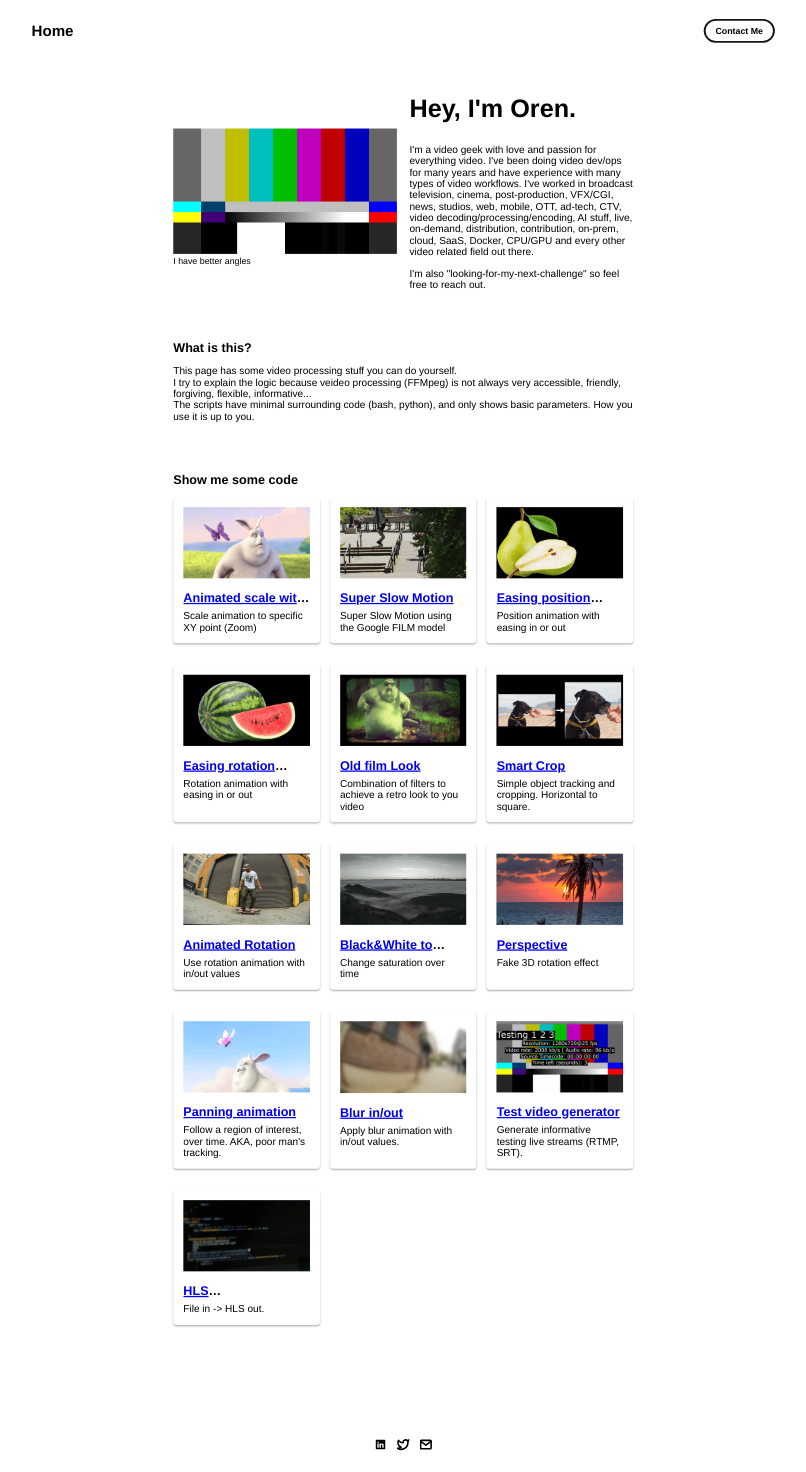
Repository: OrenShalmy/orenshalmy.github.io
Page: index.html
An editor plug-in stored every save of this project. The page is shown before and after the next save, followed by the edit.
The browser window is 1280 px wide. The pictures show the whole page, at 63% of full size.

Above is the page before, as saved 2024-09-16 16:18:48.

### index.html
<!DOCTYPE html>
<html lang="en">
	<head>
		<meta charset="utf-8">
    <link rel="icon" href="assets/media/SMPTE-s.png" />
		<title>Oren Shalmy</title>
    <meta name="description" content="Usefull FFmpeg code">
    <meta name="viewport" content="width=device-width, initial-scale=1" />

    <link rel="stylesheet" href="./css/layout.css">
    <link rel="stylesheet" href="./css/typography.css">
    <link rel="stylesheet" href="./css/utilities.css">

		<script defer src="./js/script.js"></script>
	</head>
	<body>
    <!-- NAVBAR -->
    <div class="navbar">
      <a class="nav-title-link" href="./index.html">
        <span class="nav-title">Home</span>
        <a class="button" href="mailto:orenshalmy@gmail.com">
          <span class="button-text">Contact Me</span>
        </a>
      </a>
    </div>

    <!-- MAIN PAGE CONTENT -->
    <div id="main-content">

      <!-- PORTFOLIO HEADER -->
      <div id="portfolio-header">
        <div id="portfolio-header-image-container">
          <img src="assets/media/SMPTE.png" class="portfolio-header-image">
          <a class="no-underline" target="_blank">
            <span class="image-caption">I have better angles</span>
          </a>
        </div>

        <div id="portfolio-header-text-container">
            <div class="header-text">
              <span class="main-title">Hey, I'm Oren.</span>
            </div>
          <div class="body-text">I'm a video geek with love and passion for everything video. I've been doing video dev/ops for many years and have experience with many types of video workflows.
            I've worked in broadcast television, cinema, post-production, VFX/CGI, news, studios, web, mobile, OTT, ad-tech, CTV, video decoding/processing/encoding, AI stuff, live, on-demand, distribution, contribution, on-prem, cloud, SaaS, Docker, CPU/GPU and every other video related field out there.
            <p>I'm also "looking-for-my-next-challenge" so feel free to reach out.
          </div>
        </div>
      </div>

      <!-- ABOUT SECTION -->
      <div id="about-section">
        <span class="subheader-text">What is this?</span>
        <div class="about-section-content">
          <div class="body-text">This page has some video processing stuff you can do yourself.<br>
            I try to explain the logic because veideo processing (FFMpeg) is not always very accessible, friendly, forgiving, flexible, informative...<br>
            The scripts have minimal surrounding code (bash, python), and only shows basic parameters. How you use it is up to you.<p>
          </div>
        </div>
      </div>

      <!-- MY WORK SECTION -->
      <div id="my-work-section">
        <span class="subheader-text">Show me some code</span>

        <div class="projects-container">

          <div class="project-card">
            <img src="assets/media/anim-scale.gif">
            <div class="project-card-text-container">
              <div class="subheader-text project-title"><a href="project-pages/animscale.html">Animated scale with zooming</a></div>
              <div class="body-text project-card-text">Scale animation to specific XY point (Zoom)</div>
            </div>
          </div>

          <div class="project-card">
            <img src="assets/media/ssm.gif">
          <div class="project-card-text-container">
            <div class="subheader-text project-title"><a href="project-pages/superslowmo.html">Super Slow Motion</a></div>
            <div class="body-text project-card-text">Super Slow Motion using the Google FILM model</div>
          </div>
        </div>

        <div class="project-card">
          <img src="assets/media/ease_pos.gif">
        <div class="project-card-text-container">
          <div class="subheader-text project-title"><a href="project-pages/ease_position.html">Easing position animation</a></div>
          <div class="body-text project-card-text">Position animation with easing in or out</div>
        </div>
      </div>

        <div class="project-card">
          <img src="assets/media/ease_rot.gif">
        <div class="project-card-text-container">
          <div class="subheader-text project-title"><a href="project-pages/ease_rotation.html">Easing rotation animation</a></div>
          <div class="body-text project-card-text">Rotation animation with easing in or out</div>
        </div>
      </div>

          <div class="project-card">
              <img src="assets/media/retro.gif">
            <div class="project-card-text-container">
              <div class="subheader-text project-title"><a href="project-pages/retro.html">Old film Look</a></div>
              <div class="body-text project-card-text">Combination of filters to achieve a retro look to you video</div>
            </div>
          </div>

          <div class="project-card">
            <img src="assets/media/smartcrop.gif">
            <div class="project-card-text-container">
                <div class="subheader-text project-title"><a href="project-pages/smartcrop.html">Smart Crop</a></div>
                <div class="body-text project-card-text">Simple object tracking and cropping. Horizontal to square.</div>
            </div>
        </div>

          <div class="project-card">
              <img src="assets/media/rotation.gif">
              <div class="project-card-text-container">
              <div class="subheader-text project-title"><a href="project-pages/animatedrotate.html">Animated Rotation</a></div>
              <div class="body-text project-card-text">Use rotation animation with in/out values</div>
            </div>
          </div>

          <div class="project-card">
              <img src="assets/media/eq.gif">
              <div class="project-card-text-container">
              <div class="subheader-text project-title"><a href="project-pages/saturation.html">Black&White to color</a></div>
              <div class="body-text project-card-text">Change saturation over time</div>
            </div>
          </div>

          <div class="project-card">
              <img src="assets/media/skew.gif">
              <div class="project-card-text-container">
                  <div class="subheader-text project-title"><a href="project-pages/skew.html">Perspective</a></div>
                  <div class="body-text project-card-text">Fake 3D rotation effect</div>
              </div>
            </div>

          <div class="project-card">
              <img src="assets/media/track.gif">
              <div class="project-card-text-container">
              <div class="subheader-text project-title"><a href="project-pages/pan.html">Panning animation</a></div>
              <div class="body-text project-card-text">Follow a region of interest, over time. AKA, poor man's tracking. </div>
            </div>
          </div>

          <div class="project-card">
              <img src="assets/media/blur.gif">
              <div class="project-card-text-container">
              <div class="subheader-text project-title"><a href="project-pages/blur.html">Blur in/out</a></div>
              <div class="body-text project-card-text">Apply blur animation with in/out values. </div>
            </div>
          </div>

          <div class="project-card">
              <img src="assets/media/testpattern.gif">
              <div class="project-card-text-container">
              <div class="subheader-text project-title"><a href="project-pages/testpattern.html">Test video generator</a></div>
              <div class="body-text project-card-text">Generate informative testing live streams (RTMP, SRT).</div>
            </div>
          </div>

          <div class="project-card">
              <img src="assets/media/hls.gif">
              <div class="project-card-text-container">
                  <div class="subheader-text project-title"><a href="project-pages/hls.html">HLS transcoder/packager</a></div>
                  <div class="body-text project-card-text">File in -> HLS out.</div>
              </div>
          </div>

          <!-- <div class="project-card">
              <img src="assets/media/zoomscene.gif">
              <div class="project-card-text-container">
                  <div class="subheader-text project-title"><a href="project-pages/zoomscene.html">Zoom scene</a></div>
                  <div class="body-text project-card-text">play - zoom-in - pause - zoom-out - play.</div>
              </div>
          </div> -->


        </div>
      </div>
    </div>

    <!-- FOOTER -->
    <div id="footer">
      <a class="icon-link" target="_blank" href="https://www.linkedin.com/in/orenshalmy/">
        <image src="../assets/icons/LinkedIn.svg" class="footer-icon"/>
      </a>
      <a class="icon-link" target="_blank" href="https://twitter.com/orenshalmy">
        <image src="../assets/icons/twitter.svg" class="footer-icon"/>
      </a>
      <a class="icon-link" href="mailto:orenshalmy@gmail.com">
        <image src="../assets/icons/mail.svg" class="footer-icon"/>
      </a>
    </div>
	</body>
</html>

### css/layout.css
* {
  box-sizing: border-box;
}

html {
  text-size-adjust: none;
  -webkit-text-size-adjust: none;
  -moz-text-size-adjust: none;
  -ms-text-size-adjust: none;
}

body {
  margin: 0;
  -webkit-font-smoothing: antialiased;
  -moz-osx-font-smoothing: grayscale;
}


/* Main Page Layout */

#main-content {
  margin: 100px 425px;
  display: flex;
  flex-direction: column;
  gap: 64px;
}

/* Portfolio Header */

#portfolio-header {
  display: flex;
  gap: 20px;
  align-items: center;
}

#portfolio-header-image-container {
  display: flex;
  flex-direction: column;
  gap: 2px;
  flex-basis: 50%;
}

.portfolio-header-image {
  width: 100%;
  height: auto;
}

#portfolio-header-text-container {
  display: flex;
  flex-direction: column;
  gap: 34px;
  flex-basis: 50%;
}


/* About Section */

#about-section {
  display: flex;
  flex-direction: column;
  gap: 16px;
}

.about-section-content {
  display: flex;
  flex-direction: column;
  gap: 34px;
}


/* Project Section */

#my-work-section {
  display: flex;
  flex-direction: column;
  gap: 16px;
}

.projects-container {
  display: flex;
  gap: 34px 16px;
  flex-wrap: wrap;
}

    /* Project Cards */

    /* .project-card {
      max-width: calc((100% - 32px) / 3);
      display: flex;
      flex-direction: column;
      gap: 20px;
    } */

    .project-card {
      max-width: calc((100% - 32px) / 3);
      display: flex;
      flex-direction: column;
      gap: 20px;
      border-radius: 5px; /* Add rounded corners */
      box-shadow: 0px 2px 3px rgba(0, 0, 0, 0.3); /* Add drop shadow */
      overflow: hidden; /* Clip content to fit within the rounded corners */
      padding: 16px; /* Add padding to create space around the text */
      /* cursor: pointer; */
    }

    .project-card-text-container {
      display: flex;
      flex-direction: column;
      gap: 8px; /* Adjust the gap value to control spacing between text elements */
    }

    .project-image {
      width: 100%;
      height: 200px;
      object-fit: cover;
      object-position: center;
    }




/* Project Pages */

#project-header {
  display: flex;
  flex-direction: column;
  gap: 16px;
}

.project-header-image {
  width: 100%;
  height: auto;
}

#project-details {
  display: flex;
  flex-direction: column;
  /*gap: 10px;*/
}

.project-details-content {
  display: flex;
  flex-direction: column;
  /*gap: 34px;*/
}

    /* Project Gallery */

    #project-gallery {
      display: flex;
      flex-direction: column;
      gap: 16px;
    }

    .project-gallery-content {
      display: flex;
      flex-wrap: wrap;
      gap: 34px 16px;
    }

    .gallery-image-container {
      width: 100%;
      display: flex;
      flex-direction: column;
      gap: 10px;
    }

    .gallery-image-container.half-width {
      width: calc((100% - 16px) / 2);
    }

    .gallery-image {
      width: 100%;
      height: auto;
    }


/* Extra Extra large devices (large laptops and desktops, 1200px and below) */
@media only screen and (max-width: 1600px) {
  #main-content {
    margin: 150px 275px;
  }
}

/* Extra large devices (large laptops and desktops, 1200px and below) */
@media only screen and (max-width: 1200px) {
  #main-content {
    margin: 150px 175px;
  }
}

/* Large devices (laptops/desktops, 1000px and below) */
@media only screen and (max-width: 1000px) {
  #main-content {
    margin: 150px 75px;
  }
}

/* Small devices (portrait tablets and large phones, 800px and below) */
@media only screen and (max-width: 800px) {
  #main-content {
    margin: 150px 50px;
  }

  #portfolio-header {
    flex-direction: column;
  }

  .project-card {
    max-width: calc((100% - 16px) / 2);
  }
}

/* Small devices (portrait tablets and large phones, 600px and below) */
@media only screen and (max-width: 600px) {
  #main-content {
    margin: 125px 20px;
  }

  .project-card {
    max-width: 100%;
  }
}

/* highlight JS Line Numbers */
.hljs-ln-numbers {
  -webkit-touch-callout: none;
  -webkit-user-select: none;
  -khtml-user-select: none;
  -moz-user-select: none;
  -ms-user-select: none;
  user-select: none;

  text-align: center;
  color: #ccc;
  border-right: 1px solid #CCC;
  vertical-align: top;
  padding-right: 5px;

  /* your custom style here */
}

/* for block of code */
.hljs-ln-code {
  padding-left: 10px;
}

### css/typography.css
body {
  font-family: "Helvetica Neue", Helvetica, Arial, sans-serif;
}

.nav-title {
  font-weight: 700;
  font-size: 24px;
}

.button-text {
  font-size: 14px;
  font-weight: 700;
}

.image-caption {
  font-size: 14px;
  font-weight: 500;
}

.main-title {
  font-size: 40px;
  font-weight: 700;
}

.subheader-text {
  font-size: 20px;
  font-weight: 700;
}

.body-text {
  font-size: 16px;
  font-weight: 500;
}

.on-line-text {
  font-size: 16px;
  font-weight: bold;
}

.project-card-text {
  overflow: hidden;
  text-overflow: ellipsis;
  display: -webkit-box;
  -webkit-line-clamp: 4;
  -webkit-box-orient: vertical;
}

.project-title {
  overflow: hidden;
  text-overflow: ellipsis;
  display: -webkit-box;
  -webkit-line-clamp: 1;
  -webkit-box-orient: vertical;
}

### css/utilities.css

/* Icons */

.right-arrow-icon {
  width: 16px;
  height: 16px;
  margin-top: 1px;
}

.footer-icon {
  width: 20px;
  height: 20px;
}

a.icon-link {
  transition: transform 200ms ease-in-out;
}

a.icon-link:hover {
  cursor: pointer;
  stroke-width: 5;
  margin: 0;
  transform: rotate(15deg);
}


/* Navbar Styling */

.navbar {
  width: 100%;
  padding: 30px 50px;
  display: flex;
  justify-content: space-between;
  align-items: center;
  position: fixed;
  top: 0;
  left: 0;
}

.nav-title-link {
  color: black;
  text-decoration: none;
}

.nav-title-link:hover {
  text-decoration: underline;
}

/* Small devices (portrait tablets and large phones, 800px and below) */
@media only screen and (max-width: 800px) {
  .navbar {
    padding: 20px 20px;
    background-color: white
  }
}


/* Button Styling */

a.button {
  padding: 8px 16px;
  border: 3px solid #141414;
  border-radius: 50px;
  color: black;
  text-decoration: none;
  width: fit-content;
  display: flex;
  gap: 5px;
  align-items: center;
}

a.button:hover {
  text-decoration: underline;
  text-decoration-thickness: 2px;
  cursor: pointer;
}


/* Footer Styling */

#footer {
  width: 100%;
  display: flex;
  padding: 30px 50px;
  justify-content: center;
  align-items: center;
  gap: 16px;
}

/* Link Styling */
a.no-underline {
  text-decoration: none;
  color: black
}

a.no-underline:hover {
  text-decoration: underline;
  cursor: pointer;
}

/* Small devices (portrait tablets and large phones, 800px and below) */
@media only screen and (max-width: 800px) {
  #footer {
    padding: 20px 20px;
  }
}

Loaded but not shown: js/script.js (common file)

After the next save:
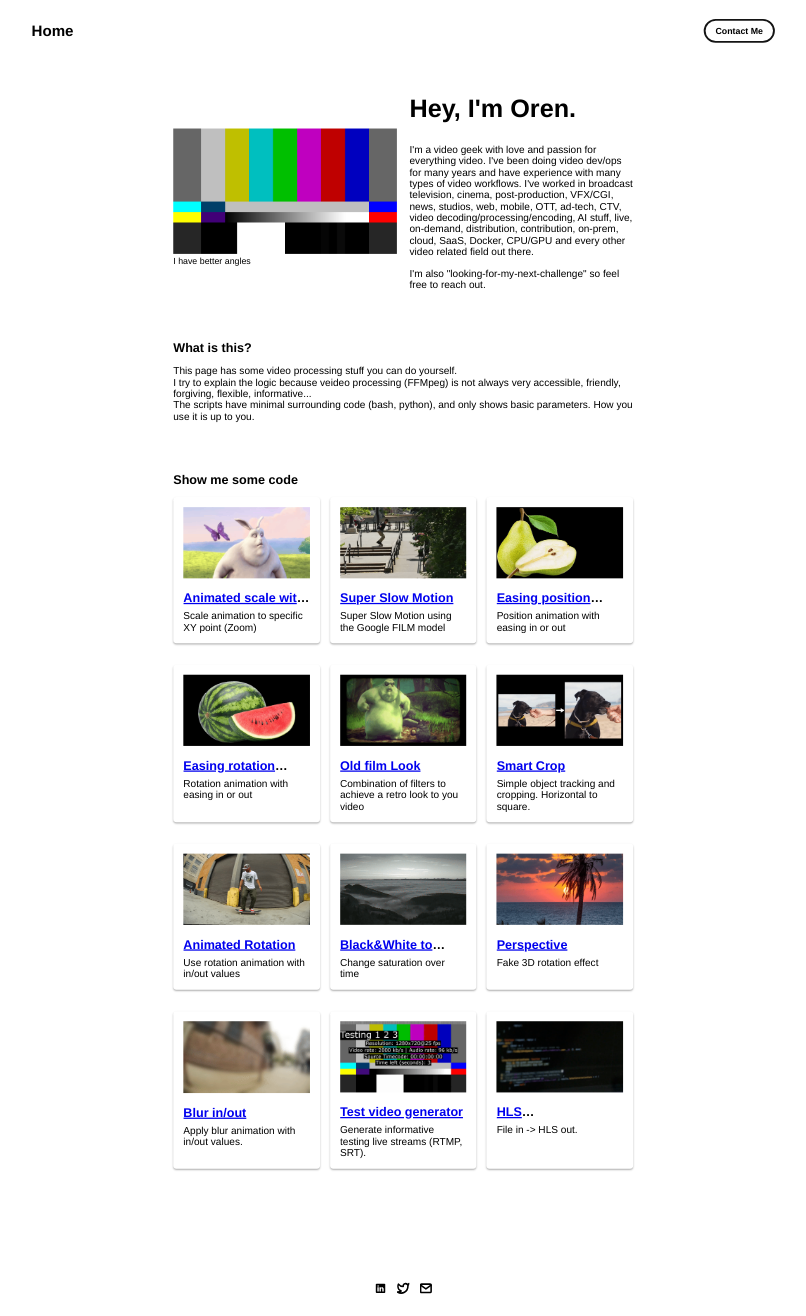
Saved 7 min 41 s later.
--- a/index.html
+++ b/index.html
@@ -136,13 +136,6 @@
               </div>
             </div>
 
-          <div class="project-card">
-              <img src="assets/media/track.gif">
-              <div class="project-card-text-container">
-              <div class="subheader-text project-title"><a href="project-pages/pan.html">Panning animation</a></div>
-              <div class="body-text project-card-text">Follow a region of interest, over time. AKA, poor man's tracking. </div>
-            </div>
-          </div>
 
           <div class="project-card">
               <img src="assets/media/blur.gif">
